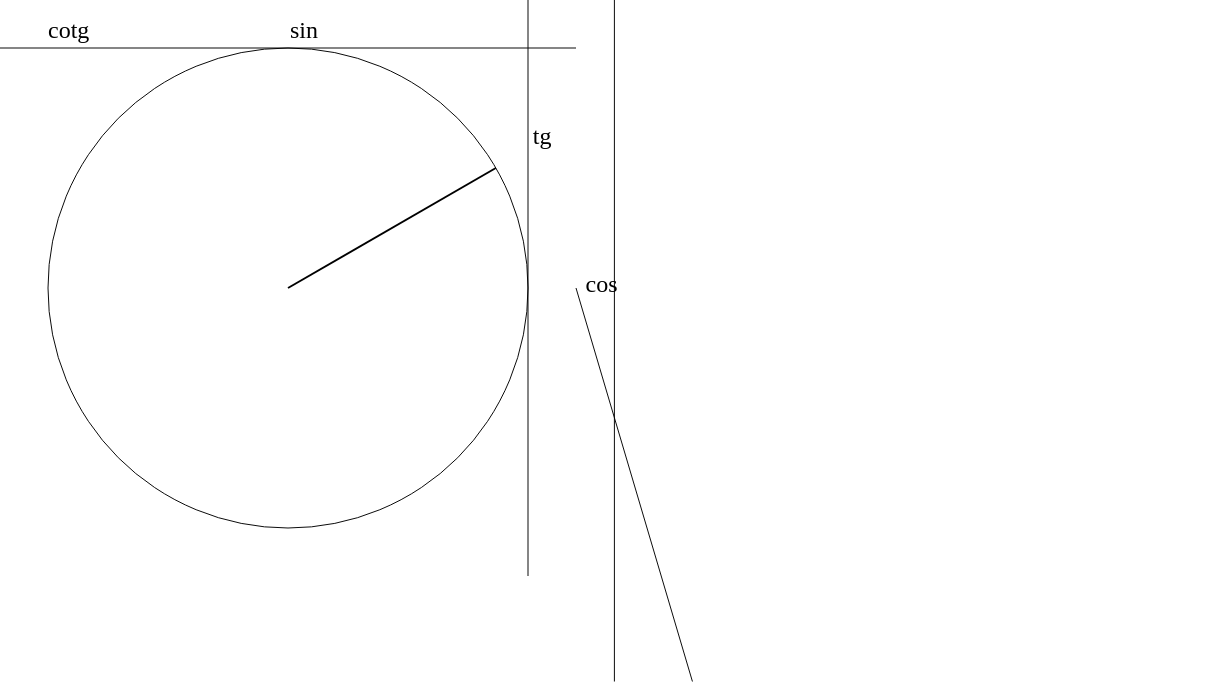
Repository: BraynStorm/braynstorm.github.io
Page: http://localhost/
An editor plug-in stored every save of this project. The page is shown before and after the next save, followed by the edit.
The browser window is 1280 px wide. The pictures show the whole page, at 96% of full size.
The page is run by PHP 8.4 with error messages shown; the project is at /var/www/html/.

Above is the page before, as saved 2015-02-24 15:37:00.

After the next save:
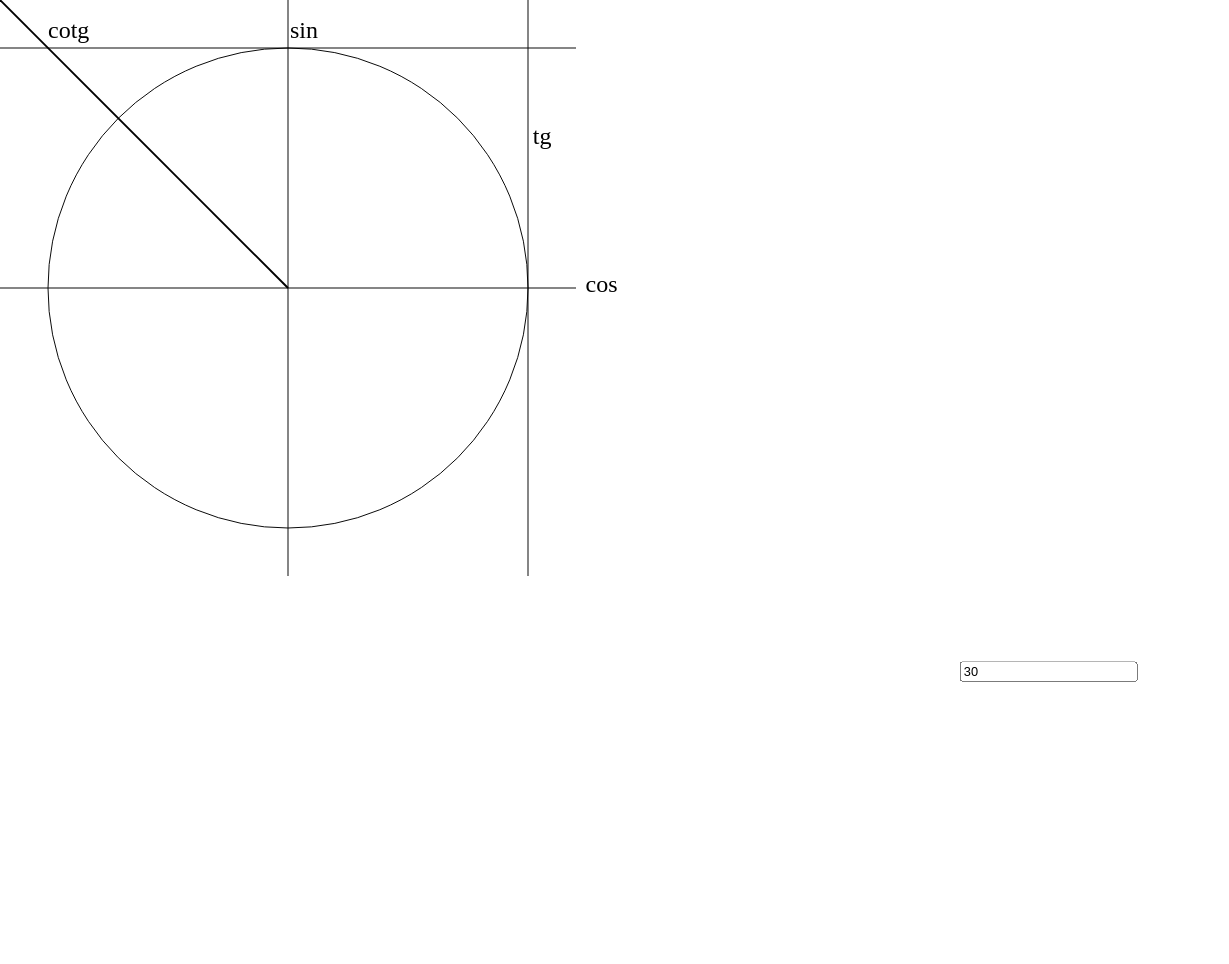
Console error: SyntaxError: Unexpected identifier 'r'
Saved 6 s later.
--- a/JSDrawing/js/swgDrawing.js
+++ b/JSDrawing/js/swgDrawing.js
@@ -12,6 +12,11 @@
 	});
 
 	var circle = $('#mainCircle');
+	circle.attr({
+		cx : beginX,
+		cy : beginY
+		r : radius
+	});
 
 
 	var sinLine = $("#sinLine");

After the save that followed:
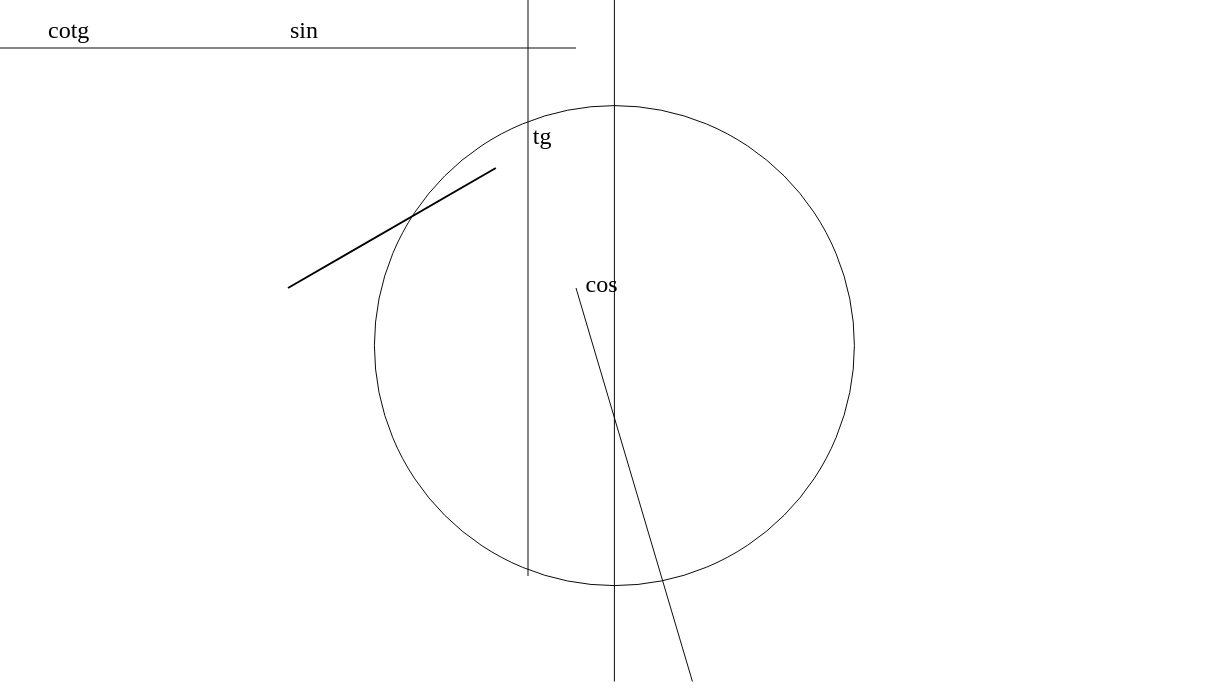
The error is gone.
Saved 8 s later.
--- a/JSDrawing/js/swgDrawing.js
+++ b/JSDrawing/js/swgDrawing.js
@@ -14,7 +14,7 @@
 	var circle = $('#mainCircle');
 	circle.attr({
 		cx : beginX,
-		cy : beginY
+		cy : beginY,
 		r : radius
 	});
 
